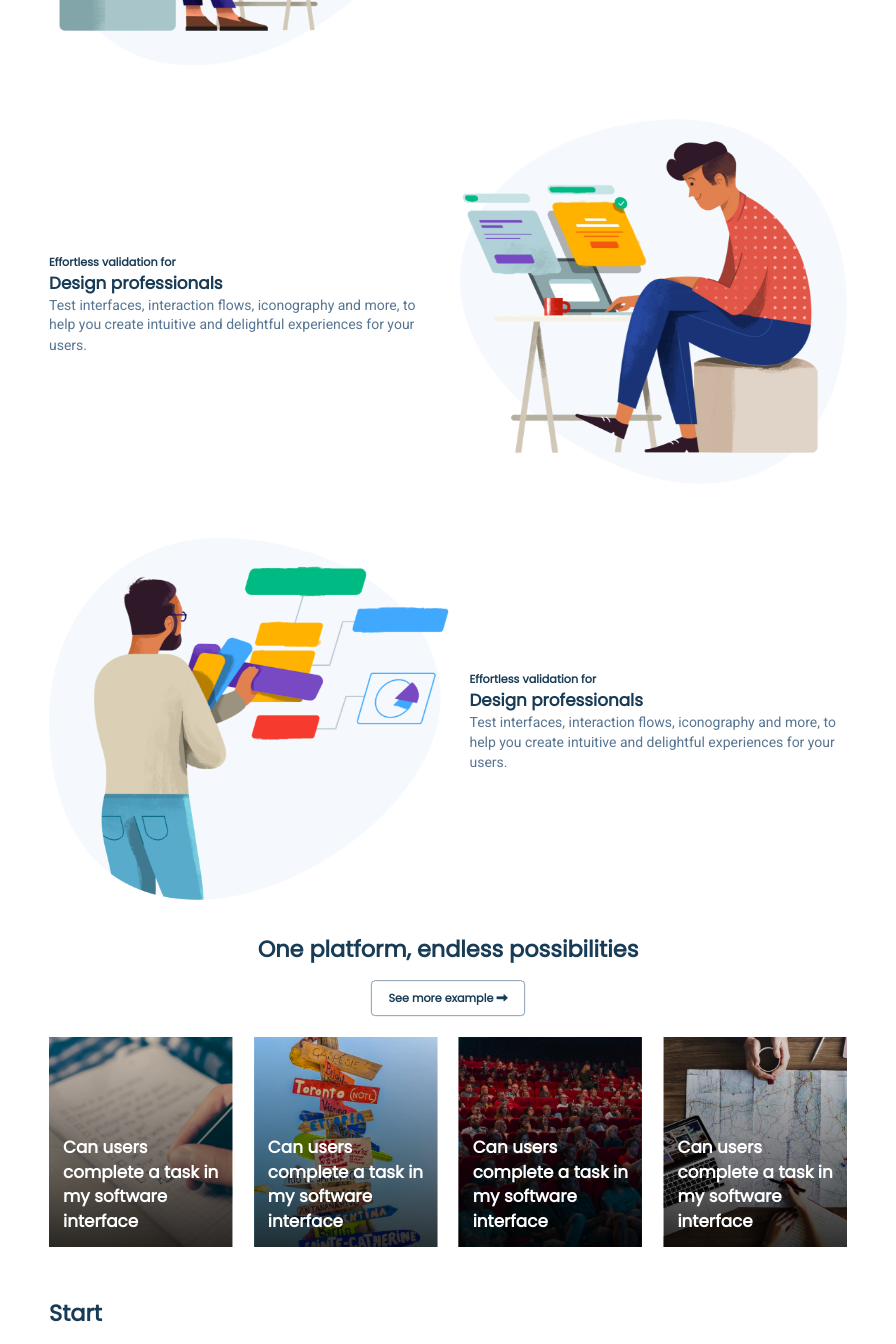
Repository: ramlakhan1/clone1
Page: index.html
These files come from the project's save history. The page is drawn as it stood at one moment and after a run of saves; the edit follows.
The browser window is 1280 px wide. The pictures show the part of the page from y = 2248 to 4168 px (the page is 4168 px tall), at 70% of full size.
Some web libraries are served in a nearby version.

Above is the page before, as saved 2022-11-29 21:46:04.

### index.html
<!DOCTYPE html>
<html lang="en">
  <head>
    <meta charset="UTF-8" />
    <meta http-equiv="X-UA-Compatible" content="IE=edge" />
    <meta name="viewport" content="width=device-width, initial-scale=1.0" />
    <title>Document</title>
    <link rel="stylesheet" href="style.css" />
  </head>
  <body>
    <div class="top-banner">
      <div class="container">
        <div class="small-bold-text banner-text">
          🥳 New to UsabilityHub: Open and closed card sorting!
        </div>
      </div>
    </div>
    <nav>
      <div class="container main-nav flex">
        <a href="#" class="company-logo">
          <img src="./assets/asset 1.png" alt="company logo" />
        </a>
        <div class="nav-links">
          <ul class="flex">
            <li><a href="#" class="hover-links">Products</a></li>
            <li><a href="#" class="hover-links">Customer</a></li>
            <li><a href="#" class="hover-links">Pricing</a></li>
            <li><a href="#" class="hover-links">Resources</a></li>
            <li>
              <a href="#" class="hover-links secondary-button">Sign in</a>
            </li>
            <li><a href="#" class="hover-links primary-button">Sign up</a></li>
          </ul>
        </div>
      </div>
    </nav>
    <header>
      <div class="container header-section flex">
        <div class="header-left">
          <h1>Design confidently</h1>
          <p>
            UsabilityHub is a remote user research platform that takes the
            guesswork out of design decisions by validating them with real
            users.
          </p>
          <a href="#" class="primary-button get-started-btn">Get started</a>
        </div>
        <div class="header-right">
          <img src="./assets/asset 2.png" alt="hero-image" />
        </div>
      </div>
    </header>
    <div class="companies-section">
      <div class="container">
        <div class="small-bold-text companies-header">
          The world’s best companies rely on UsabilityHub to make better design
          decisions.
        </div>
        <div class="logos flex">
          <img src="./assets/asset 3.png" class="logo" alt="" />
          <img src="./assets/asset 4.png" class="logo" alt="" />
          <img src="./assets/asset 5.png" class="logo" alt="" />
          <img src="./assets/asset 6.png" class="logo" alt="" />
          <img src="./assets/asset 7.png" class="logo" alt="" />
          <img src="./assets/asset 8.svg" class="logo" alt="" />
          <img src="./assets/asset 9.png" class="logo" alt="" />
        </div>
      </div>
    </div>
    <section class="features-section">
      <div class="container">
        <div class="features-header">
          <h2>Yours user research Swiss Army knife</h2>
          <a href="#" class="secondary-button"
            >See all feature <i class="fa-solid fa-right-long"></i
          ></a>
        </div>
        <div class="features-area flex">
          <div class="features-card flex">
            <img src="./assets/asset 11.svg" alt="" />
            <h3>Card Sorting</h3>
            <p>Discover how people group and label information.</p>
            <a href="#" class="secondary-button"
              >Learn more <i class="fa-solid fa-right-long"></i
            ></a>
          </div>
          <div class="features-card flex">
            <img src="./assets/asset 13.svg" alt="" />
            <h3>Prototype tests</h3>
            <p>Discover how people navigate your Figma prototypes.</p>
            <a href="#" class="secondary-button"
              >Learn more <i class="fa-solid fa-right-long"></i
            ></a>
          </div>
          <div class="features-card flex">
            <img src="./assets/asset 14.svg" alt="" />
            <h3>First click tests</h3>
            <p>Test interaction with first click and navigation tests.</p>
            <a href="#" class="secondary-button"
              >Learn more <i class="fa-solid fa-right-long"></i
            ></a>
          </div>
          <div class="features-card flex">
            <img src="./assets/asset 15.svg" alt="" />
            <h3>Design surveys</h3>
            <p>Get feedback on images, videos or audio files.</p>
            <a href="#" class="secondary-button"
              >Learn more <i class="fa-solid fa-right-long"></i
            ></a>
          </div>
          <div class="features-card flex">
            <img src="./assets/asset 16.svg" alt="" />
            <h3>Preference tests</h3>
            <p>Find out which designs users prefer and why.</p>
            <a href="#" class="secondary-button"
              >Learn more <i class="fa-solid fa-right-long"></i
            ></a>
          </div>
          <div class="features-card flex">
            <img src="./assets/asset 17.svg" alt="" />
            <h3>Five second tests</h3>
            <p>Test comprehensibility by measuring first impressions.</p>
            <a href="#" class="secondary-button"
              >Learn more <i class="fa-solid fa-right-long"></i
            ></a>
          </div>
        </div>
      </div>
    </section>
    <section class="big-feature-section">
      <div class="container flex big-feature-container">
        <div class="feature-img">
          <img src="./assets/asset 18.png" alt="" />
        </div>
        <div class="feature-desc flex">
          <h4>Effortless validation for</h4>
          <h3>Design professionals</h3>
          <p>
            Test interfaces, interaction flows, iconography and more, to help
            you create intuitive and delightful experiences for your users.
          </p>
        </div>
      </div>
    </section>
    <section class="big-feature-section">
      <div
        class="container flex big-feature-container"
        style="flex-direction: row-reverse"
      >
        <div class="feature-img">
          <img src="./assets/asset 21.png" alt="" />
        </div>
        <div class="feature-desc flex">
          <h4>Effortless validation for</h4>
          <h3>Design professionals</h3>
          <p>
            Test interfaces, interaction flows, iconography and more, to help
            you create intuitive and delightful experiences for your users.
          </p>
        </div>
      </div>
    </section>
    <section class="big-feature-section">
      <div class="container flex big-feature-container">
        <div class="feature-img">
          <img src="./assets/asset 24.png" alt="" />
        </div>
        <div class="feature-desc flex">
          <h4>Effortless validation for</h4>
          <h3>Design professionals</h3>
          <p>
            Test interfaces, interaction flows, iconography and more, to help
            you create intuitive and delightful experiences for your users.
          </p>
        </div>
      </div>
    </section>

    <section class="example-section">
      <div class="container">
        <div class="example-header flex">
          <h2 class="example-heading-text">
            One platform, endless possibilities
          </h2>
          <a href="#" class="secondary-button"
            >See more example <i class="fa-solid fa-right-long"></i
          ></a>
        </div>
        <div class="example-area flex">
          <a href="#" class="examples-card" style=" background: linear-gradient(rgb(0, 0, 0, 0.1), rgb(0, 0, 0, 0.8)), url('./assets/asset\ 34.jpeg'); background-size: cover;">
            <h3 class="card-text">
              Can users complete a task in my software interface
            </h3>
          </a>
          <a href="#" class="examples-card" style=" background: linear-gradient(rgb(0, 0, 0, 0.1), rgb(0, 0, 0, 0.8)), url('./assets/asset\ 35.jpeg'); background-size: cover;">
            <h3 class="card-text">
              Can users complete a task in my software interface
            </h3>
          </a>
          <a href="#" class="examples-card " style=" background: linear-gradient(rgb(0, 0, 0, 0.1), rgb(0, 0, 0, 0.8)), url('./assets/asset\ 36.jpeg'); background-size: cover;">
            <h3 class="card-text">
              Can users complete a task in my software interface
            </h3>
          </a>
          <a href="#" class="examples-card" style=" background: linear-gradient(rgb(0, 0, 0, 0.1), rgb(0, 0, 0, 0.8)), url('./assets/asset\ 37.jpeg'); background-size: cover;">
            <h3 class="card-text">
              Can users complete a task in my software interface
            </h3>
          </a>
        </div>
      </div>
    </section>
    <section class="cta-section">
      <div class="container flex cta-section-container">
        <h2>Start</h2>
      </div>
    </section>
    <footer></footer>
    <script
      src="https://kit.fontawesome.com/4353b2cb35.js"
      crossorigin="anonymous"
    ></script>
  </body>
</html>

### style.css
@import url('https://fonts.googleapis.com/css2?family=Poppins&family=Roboto&display=swap');

*{
    margin: 0;
    padding: 0;
    box-sizing: border-box;
}
:root {
    --primary-text-color: #183b56;
    --secondary-text-color: #577592;
    --accent-color: #2294ed;
    --accent-color-dark: #1d69a3;
    --padding-inline-section: 20px;
}
body {
    font-family: 'Poppins', sans-serif;
    color: var(--primary-text-color);
}

h1{
    font-size: 3rem;
}
h2 {
    font-size: 2rem;
}
h3{
    font-size: 1.5rem;
}
p{
    font-family: 'Roboto', sans-serif;
    font-size: 1.25rem;
    color: var(--secondary-text-color);
    line-height: 1.8rem;
}
.primary-button {
    background-color: var(--accent-color);
    border-radius: 6px;
    font-weight: 700;
    color: white !important;;
    padding: 12px 24px;
    box-shadow: 0 0 2px var(--secondary-text-color);
    transition: 0.s ease-out;
}
.secondary-button {
    border: 0.5px solid var(--secondary-text-color);
    border-radius: 6px;
    font-weight: 700;
    color: var(--primary-text-color) !important;
    padding: 12px 24px;
    transition: 0.2 ease-out;
}
.secondary-button:hover {
    border-color: var(--accent-color);
    color: var(--accent-color) !important;
}

.primary-button:hover {
    background-color: var(--accent-color-dark);
}
.hover-links {
    color: var(--primary-text-color)
}

.hover-links:hover {
    color: var(--accent-color);
    transition: 0.2s ease-out;
}

a {
    text-decoration: none;
    display: inline-block;
}
.container {
    max-width: 1180px;
    margin-inline:  auto;
    padding: var(--padding-inline-section);
}
.flex {
    display: flex;
    align-items: center;
}
.small-bold-text {
    font-size: 1rem;
    font-weight: 700;
}
.banner-text {
    color: white;
    padding: 15px 30px;
    text-align: center;
}
.top-banner {
    background-image: url('./assets/asset\30.png');
    background-color: #4fb3d4;
    background-size: 300px;
}
ul{
    list-style-type: none;
}
.main-nav{
    margin-top: 20px;
justify-content: space-between;
}
.company-logo img {
    width: 200px;
}
.nav-links{
    flex-basis: 730px;
}
.nav-links ul{
 justify-content: end;
 gap: 40px;
}

header {
    padding: 50px var(--padding-inline-section) 0;
}
.header-left h1{
    margin-top: 20px;
}
.header-left {
    max-width: 40vw;
}
.header-section {
    justify-content: center;
    gap: 50px;
}

.header-right img {
    width: 600px;
}
.get-started-btn {
    margin-top: 20px;
}

.companies-header {
    text-align: center;
    margin-block: 30px;
    color: var(--primary-text-color);
}
.logos {
    justify-content: space-between;
    flex-wrap: wrap;
}
.logo{
  height: 46px;
}
.features-section{
    padding: 80px var(--padding-inline-section) 0;
    background-image: url('./assets/asset\ 32.svg');
    background-repeat: no-repeat;
    background-position: center;
}
.features-header{
    text-align: center;
}
.features-header h2{
    margin-bottom: 20px;
}
.features-area {
    flex-wrap: wrap;
    justify-content: space-between;
    gap: 40px;
    margin-top: 20px;
}
.features-card {
    flex-direction: column;
    gap: 20px;
    max-width: 30%;
    text-align: center;
}
.big-feature-section {
    padding: 30px var(--padding-inline-section) 0;
}
.big-feature-container {
    gap: 30px;
}
.feature-img img{
 width: 100%;
}
.feature-desc {
    flex-direction: column;
    align-items: flex-start;

}

.example-header {
    /* text-align: center; */
    flex-direction: column;
    gap: 20px;
}
.example-area{
    justify-content: space-between;
    margin-block: 30px;
}

.examples-card {
    width: 23%;
    position: relative;
    min-height: 300px;
    background: black;
    background: linear-gradient(rgb(0, 0, 0, 0.1), rgb(0, 0, 0, 0.8)), url('./assets/asset\ 35.jpeg') ;
    background-size: cover;
    transition: 0.2s ease-out;
    /* background-position: center; */
}
.examples-card:hover {
    box-shadow: 0 0 10px #888;
}

.card-text{
    position: absolute;
    bottom: 20px;
    left: 20px;
    right: 20px;
    color: white;
}

After the next 7 saves:
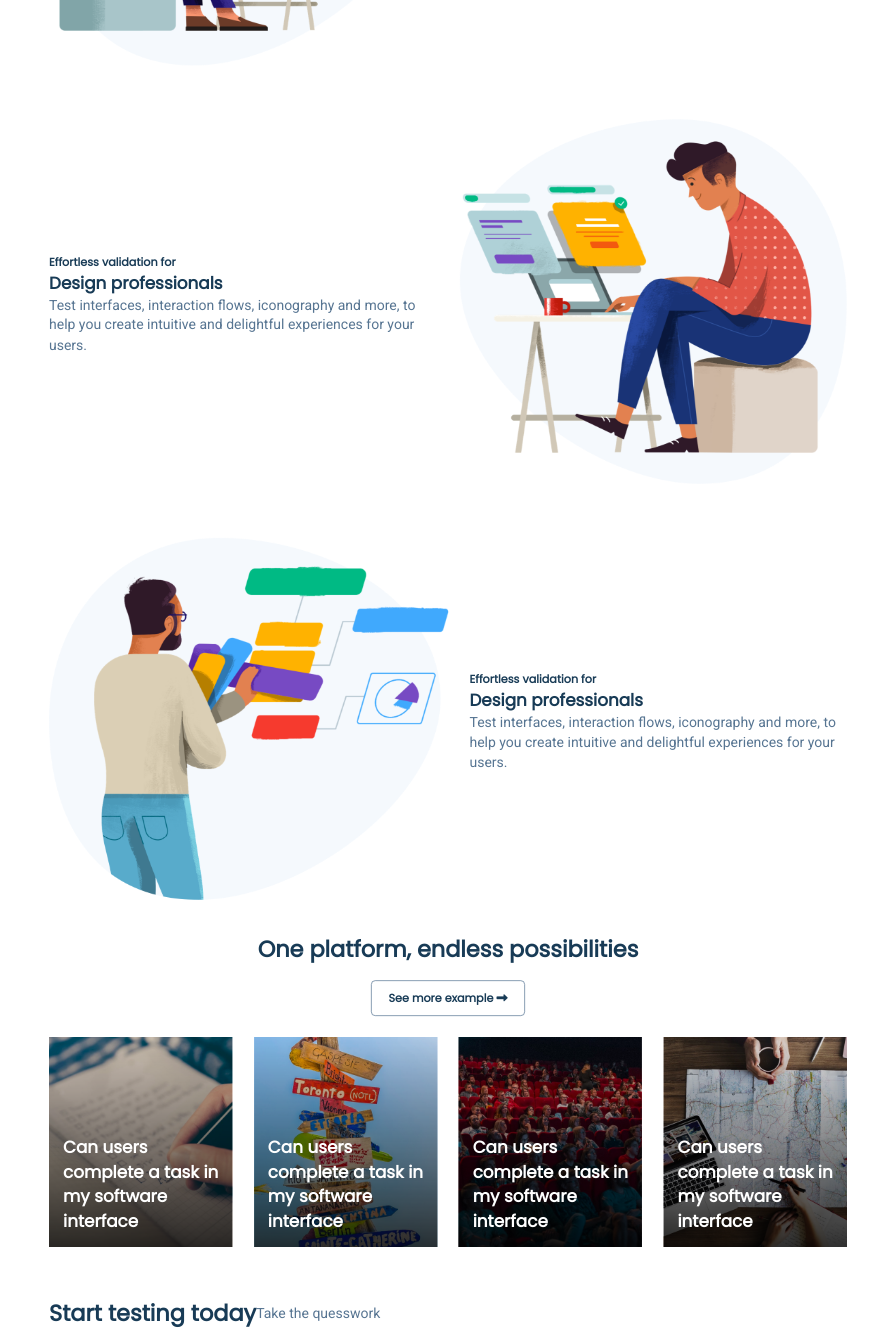
The 7 saves are shown as one change because they came seconds apart.
The last was saved 22 s later.
--- a/index.html
+++ b/index.html
@@ -212,7 +212,8 @@
     </section>
     <section class="cta-section">
       <div class="container flex cta-section-container">
-        <h2>Start</h2>
+        <h2>Start testing today</h2>
+        <p>Take the quesswork</p>
       </div>
     </section>
     <footer></footer>
